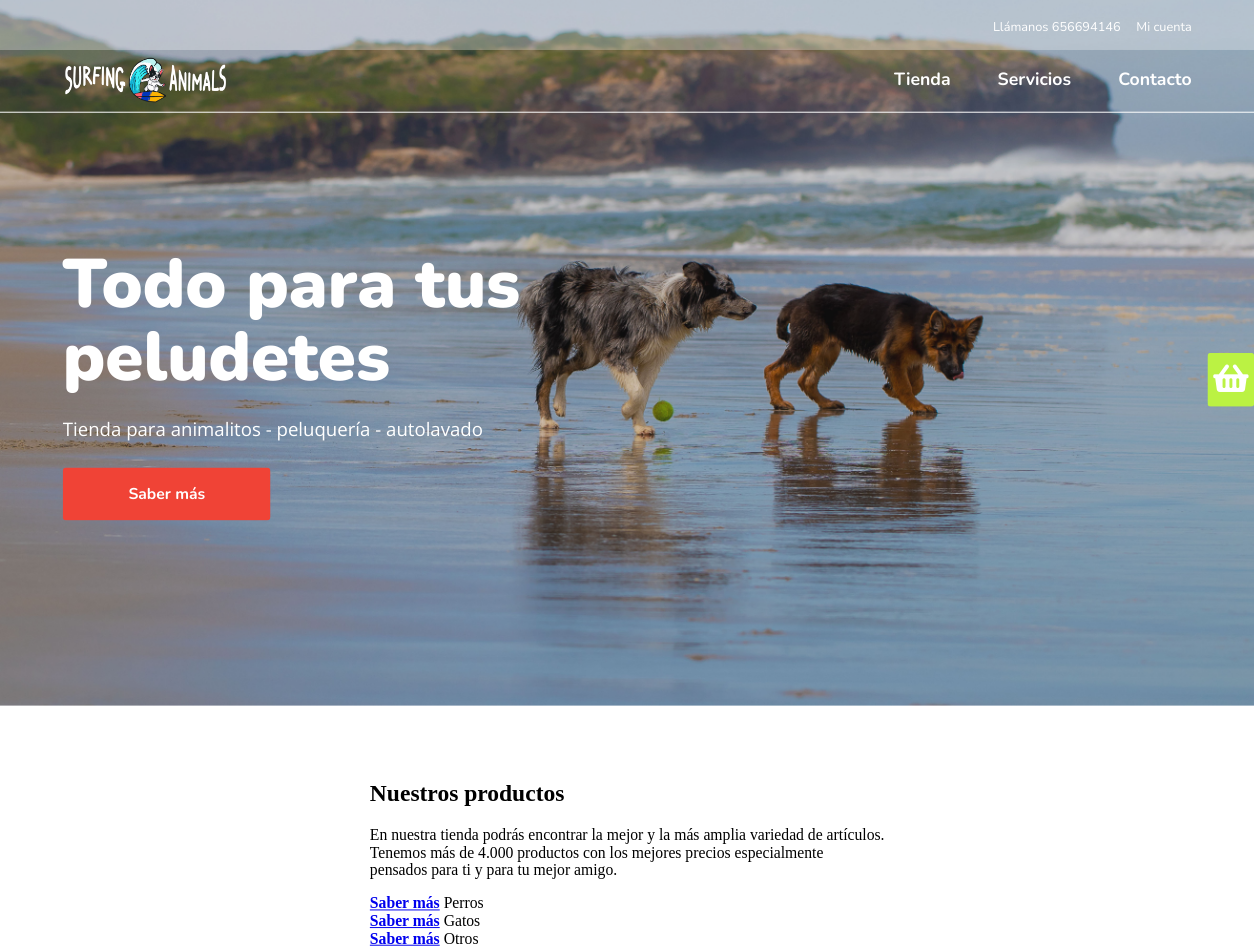
Repository: MarilynCuore/landingVet
Page: index.html
The author's editor kept a copy of each file at every save. The page is drawn from the files as they stood at one save, then again after the next save.
The browser window is 1280 px wide. The pictures show the part of the page from y = 0 to 967 px (the page is 2234 px tall before and 3064 px after), at 98% of full size.
Pictures or frames that could not be fetched are drawn as grey boxes. Some web libraries are served in a nearby version. The style sheet was rebuilt from its Sass, Less or Tailwind sources for each picture, by a compiler version that may differ from the author's.

Above is the page before, as saved 2020-06-25 14:01:53.

### index.html
<!DOCTYPE html>
<html lang="en">

<head>
    <meta charset="UTF-8">
    <meta name="viewport" content="width=device-width, initial-scale=1.0">
    <title>Document</title>
    <link rel="stylesheet" href="./main.css">
    <link rel="stylesheet" href="https://cdnjs.cloudflare.com/ajax/libs/font-awesome/5.13.0/css/all.min.css">
    <link rel="stylesheet" href="./swiper-master/package/css/swiper.min.css">
    <script src="./swiper-master/package/js/swiper.js"></script>
    <script src="./main.js"></script>
</head>

<body>
    <a href="http://surfinganimals.tienda.today/#pl" class="store"><i class="fas fa-shopping-basket"></i>
    </a>
    <!--Nav-->
    <nav>
        <div class="top-bar">
            <div class="container">
                <ul>
                    <li>
                        <a href="tel:+34656694146">Llámanos 656694146</a>
                    </li>
                    <li>
                        <a href="http://surfinganimals.tienda.today/#login">Mi cuenta</a>
                    </li>
                </ul>
            </div>
        </div>
        <div class="bottom-bar">
            <div class="container">
                <ul>
                    <li>
                        <a href="">
                            <img class="logo" src="./assets/white.png" width="170">
                        </a>
                    </li>
                </ul>
                <ul>
                    <li>
                        <a href="http://surfinganimals.tienda.today/#pl">Tienda</a>
                    </li>
                    <li>
                        <a href="#service">Servicios</a>
                    </li>
                    <li>
                        <a href="#contact">Contacto</a>
                    </li>
                </ul>
            </div>

        </div>

    </nav>
    <a href=""></a>
    <header>
        <div class="container">
            <h1>Todo para tus peludetes</h1>
            <p>Tienda para animalitos - peluquería - autolavado</p>
            <a href="#info">Saber más</a>
        </div>

    </header>
    <section>

    </section>
    <section id="service">
        <div class="container">
            <div class="title">
                <h2>Nuestros productos</h2>
                <p>En nuestra tienda podrás encontrar la mejor y la más amplia variedad de artículos. <br>Tenemos más de
                    4.000 productos con los mejores precios especialmente <br>pensados para ti y para tu mejor amigo.</p>
            </div>
            <div class="grid">
                <div class="grid__container">
                    <div class="title">
                        <strong><a href="http://surfinganimals.tienda.today/#pl!eyJjIjozMTAxMjU4MiwicyI6IiIsInEiOiIxMiIsIm8iOiJpbWFnZSIsInBtaW4iOjAuMDEsInBtYXgiOjcwMy40Nn0=">Saber más</a></strong>
                        <span>Perros</span>
                    </div>
                </div>
                <div class="grid__container">
                    <div class="title">
                        <strong><a href="http://surfinganimals.tienda.today/#pl!eyJjIjozMTAxMjU4MywicyI6IiIsInEiOiIxMiIsIm8iOiJpbWFnZSIsInBtaW4iOjAuMDEsInBtYXgiOjcwMy40Nn0=">Saber más</a></strong>
                        <span>Gatos</span>
                    </div>
                </div>
                <div class="grid__container">
                    <div class="title">
                        <strong><a href="http://surfinganimals.tienda.today/#pl!eyJjIjozMTAxMjU4NCwicyI6IiIsInEiOiIxMiIsIm8iOiJpbWFnZSIsInBtaW4iOjAuMDEsInBtYXgiOjcwMy40Nn0=">Saber más</a></strong>
                        <span>Otros</span>
                    </div>
                </div>
            </div>
        </div>
    </section>
    <div class="swiper-container" id="info">
        <div class="swiper-wrapper">
            <div class="swiper-slide">
                <h1>Apertura <span>1 de junio</span> 2020</h1>
            </div>
            <div class="swiper-slide">
                <h1>LIBRE DE <span>COVID 19</span> <br> Desinfectamos diariamente con ozono</h1>
            </div>
            <div class="swiper-slide">
                <h1>PROMOCIÓN <span>20%</span> DE DESCUENTO <br> En todos los servicios de peluquería <br>
                    <small>(válido del 1 al 30 de junio del 2020)</small>
                </h1>
            </div>
        </div>
        <!-- If we need pagination -->
        <div class="swiper-pagination"></div>
        <!-- If we need navigation buttons -->
        <div class="swiper-button-prev"></div>
        <div class="swiper-button-next"></div>

    </div>
    <section id="contact">
        <div class="one">
            <div class="content container">
                <h3>Encuéntranos o ponte en contacto</h3>
                <div>
                    <p>Avenida de Xixo, 2  03502 Benidorm (Alicante)</p>
                    <a href="mailto:surfinganimalss@gmail.com">surfinganimalss@gmail.com</a>
                </div>
            </div>

        </div>
        <div class="two">
            <iframe
                src="https://www.google.com/maps/embed?pb=!1m18!1m12!1m3!1d3120.8457343049804!2d-0.1457208846487158!3d38.53732407962783!2m3!1f0!2f0!3f0!3m2!1i1024!2i768!4f13.1!3m3!1m2!1s0xd6204ce21245b81%3A0x5f329e0837acba10!2sAv.%20de%20Xixo%2C%202%2C%2003502%20Benidorm%2C%20Alicante!5e0!3m2!1ses!2ses!4v1590587822683!5m2!1ses!2ses"
                width="100%" height="450" frameborder="0" style="border:0;" allowfullscreen="" aria-hidden="false"
                tabindex="0"></iframe>
        </div>
    </section>
    <footer>
        <div class="container">
            <div>
                <ul>
                    <li>
                        <a href="">
                            <img src="./assets/footer.png" alt="" width="100">
                        </a>

                    </li>
                </ul>
            </div>
            <div>
                <h5>Tienda</h5>
                <ul>
                    <li>
                        <a href="http://surfinganimals.tienda.today/#pl!eyJjIjozMTAxMjU4MiwicyI6IiIsInEiOiIxMiIsIm8iOiJpbWFnZSIsInBtaW4iOjAuMDEsInBtYXgiOjcwMy40Nn0=">Perros</a>
                    </li>
                    <li>
                        <a href="http://surfinganimals.tienda.today/#pl!eyJjIjozMTAxMjU4MywicyI6IiIsInEiOiIxMiIsIm8iOiJpbWFnZSIsInBtaW4iOjAuMDEsInBtYXgiOjcwMy40Nn0=
                        ">Gatos</a>
                    </li>
                    <li>
                        <a href="http://surfinganimals.tienda.today/#pl!eyJjIjozMTAxMjU4NCwicyI6IiIsInEiOiIxMiIsIm8iOiJpbWFnZSIsInBtaW4iOjAuMDEsInBtYXgiOjcwMy40Nn0=">Otros animales</a>
                    </li>
                </ul>
            </div>
            <div>
                <h5>Enlaces</h5>
                <ul>
                    <li>
                        <a href="#contact">Contacto</a>
                    </li>
                    <li>
                        <a href="#service">Servicios</a>
                    </li>
                </ul>
            </div>
            <div>
                <h5>Instagram</h5>
                <div class="grid">
                    <a href=""></a>
                    <a href=""></a>
                    <a href=""></a>
                    <a href=""></a>
                    <a href=""></a>
                    <a href=""></a>
                </div>
            </div>
        </div>
    </footer>
</body>

</html>

### main.scss
@import url("https://fonts.googleapis.com/css2?family=Nunito:ital,wght@0,200;0,300;0,400;0,600;0,700;0,800;0,900;1,200;1,300;1,400;1,600;1,700;1,800;1,900&display=swap");
@import url("https://fonts.googleapis.com/css2?family=Open+Sans:ital,wght@0,300;0,400;0,600;0,700;0,800;1,300;1,400;1,600;1,700;1,800&display=swap");
$color-primary: #f04336;
html {
  scroll-behavior: smooth;
}
:root {
  --swiper-theme-color: #bbf243 !important;
}
.container {
  max-width: 90%;
  margin: 0 auto;
}
.store {
  position: fixed;
  right: 0;
  top: 50%;
  color: white;
  background-color: #bbf243;
  border-color: #ffffff;
  padding: 5px;
  text-decoration: none;
  font-weight: bold;
  font-family: "Nunito", sans-serif;
  border: 1px solid transparent;
  overflow: hidden;
  border-radius: 4px;
  font-size: 2rem;
  z-index: 999999999999;
}
.active {
  z-index: 10000;
  .top-bar {
    display: none;
  }
  background-color: white !important;
  .bottom-bar {
    padding-top: 0 !important;
    border-bottom: none !important;
  }
  ul {
    li {
      a {
        color: #adadad !important;
      }
    }
  }
}

nav {
  &.active {
    padding: 0;
  }
  background: transparent;
  position: fixed;
  left: 0;
  width: 100%;
  z-index: 10;
  border-bottom: solid 0.5px white;
  padding-top: 1rem;
  padding-bottom: 0;
  transition: all 0.3s ease-in-out;
  .top-bar {
    background-color: rgba(white, 0.3);
    position: fixed;
    top: 0;
    width: 100%;
    height: 35px;
    font-size: 13px;
    line-height: 1;
    z-index: 110;
    padding-top: 1rem;
    .container {
      margin-top: 5px;
      ul {
        display: flex;
        align-items: center;
        justify-content: flex-end;
        margin: 0px !important;
        li {
          list-style: none;
          a {
            text-decoration: none;
            color: white;
            font-size: 13px;
            font-weight: normal;
            font-family: "Nunito", sans-serif;
            &:hover {
              color: $color-primary;
            }
          }
          &:nth-of-type(1) {
            padding-right: 1rem;
          }
        }
      }
    }
  }
  .bottom-bar {
    padding-top: 2rem;
    .container {
      display: flex;
      align-items: center;
      justify-content: space-between;
      ul {
        width: 100%;
        margin: 0;
        padding-left: 0px;
        &:nth-of-type(2) {
          display: flex;
          align-self: center;
          justify-content: flex-end;
          li {
            padding-right: 3rem;
            &:last-child {
              padding-right: 0px !important;
            }
          }
        }
        li {
          list-style: none;
          a {
            text-decoration: none;
            color: white;
            font-size: 18px;
            font-weight: bold;
            font-family: "Nunito", sans-serif;
            img {
              padding-top: 0.5rem;
            }
            &:hover {
              color: $color-primary;
            }
          }
        }
      }
    }
  }
}
header {
  background-image: url("./assets/bg-vet.jpg");
  background-size: cover;
  background-position: bottom;
  background-repeat: no-repeat;
  height: 100vh;
  width: 100vw;
  position: relative;
  .container {
    padding-top: 2em;
    height: 100%;
    display: flex;
    flex-direction: column;
    align-items: flex-start;
    justify-content: center;

    h1 {
      z-index: 9;
      visibility: visible;
      text-align: left;
      line-height: 75px;
      letter-spacing: 0px;
      font-weight: 900;
      font-size: 70px;
      border-color: rgb(143, 144, 147);
      border-style: none;
      margin: 0px;
      padding: 0px;
      color: white;
      white-space: normal;
      width: 645px;
      height: auto;
      font-family: "Nunito", sans-serif;
    }
    p {
      z-index: 10;
      font-family: "Open Sans";
      visibility: visible;
      text-align: left;
      line-height: 30px;
      letter-spacing: 0px;
      font-weight: 400;
      font-size: 19px;
      border-color: rgb(143, 144, 147);
      border-style: none;
      margin: 0px;
      padding: 0px;
      color: white;
      white-space: normal;
      width: 639px;
      height: auto;
      padding-top: 1.2rem;
      padding-bottom: 1.5rem;
      font-family: "Open Sans", sans-serif;
    }
    a {
      color: white;
      background-color: $color-primary;
      border-color: #ffffff;
      padding: 15px 66px;
      text-decoration: none;
      font-weight: bold;
      font-family: "Nunito", sans-serif;
      border: 1px solid transparent;
      overflow: hidden;
      border-radius: 4px;
    }
  }
}
.swiper-container {
  .swiper-slide {
    font-family: "Nunito", sans-serif;
    display: flex;
    justify-content: center;
    align-items: center;
    color: white;
    height: 400px;
    background-size: cover;
    background-position: center;
    background-color: rgba(#3e3e3e, 0.2);
    background-blend-mode: lighten;
    h1 {
      font-size: 40px;
      width: 80%;
      text-align: center;
      span {
        transform: translateY(-6px);
        display: inline-block;
        z-index: 1;
        background: $color-primary;
        padding: 5px 15px;
        color: white;
        font-size: 22px;
        clip-path: polygon(0 0, 100% 0, 90% 100%, 10% 100%);
        font-family: "Nunito", sans-serif;
        font-size: 1.3rem;
        font-weight: bold;
        transition: all 0.5s ease;
      }
      small {
        font-size: 16px;
      }
    }
    &:nth-child(1) {
      background-image: url("https://images.unsplash.com/photo-1554149944-5ca79e771636?ixlib=rb-1.2.1&ixid=eyJhcHBfaWQiOjEyMDd9&auto=format&fit=crop&w=1950&q=80");
    }
    &:nth-child(2) {
      background-image: url("https://images.unsplash.com/photo-1587131593450-168211a8c312?ixlib=rb-1.2.1&ixid=eyJhcHBfaWQiOjEyMDd9&auto=format&fit=crop&w=2000&q=80");
    }
    &:nth-child(3) {
      background-image: url("https://images.unsplash.com/photo-1516734212186-a967f81ad0d7?ixlib=rb-1.2.1&ixid=eyJhcHBfaWQiOjEyMDd9&auto=format&fit=crop&w=1951&q=80");
    }
  }
}
section {
  &:nth-of-type(1) {
    padding-bottom: 3.5rem;
    .container {
      .title {
        h2 {
          font-size: 50px;
          line-height: 1.1em;
          text-align: center;
          color: #424242;
          font-weight: bold;
          margin: 0;
          padding: 0;
          padding-top: 2rem;
          padding-bottom: 1.3rem;
          font-family: "Nunito", sans-serif;
          font-weight: 900;
        }
        p {
          color: #8f9093;
          font-size: 19px;
          line-height: 32px;
          text-align: center;
          margin: 0;
          padding: 0;
          font-family: "Open Sans", sans-serif;
        }
      }
      .grid {
        padding-top: 2rem;
        height: 500px;
        position: relative;
        max-width: 100%;
        margin: 0 auto;
        display: flex;
        &__container {
          background-size: cover;
          background-position: center;
          background-repeat: no-repeat;
          padding: 20px;
          display: grid;
          place-items: center;
          text-align: center;
          color: white;
          transition: 0.3s;
          border-radius: 6px;
          display: flex;
          align-items: flex-end;
          flex: 1 1 auto;
          transition: 0.5s;
          &:hover {
            flex: 2 1 auto;
          }
          .title {
            margin-bottom: 2em;
            display: flex;
            justify-content: center;
            width: 100%;
            position: relative;
            cursor: pointer;
            &:hover {
              strong {
                top: -35px;
                opacity: 1;
                color: black;
                border-radius: 0;
                transform: scale(1);
              }
            }
            strong {
              transition: all 0.5s ease;
              overflow: hidden;
              opacity: 1;
              display: block;
              position: absolute;
              top: 5px;
              z-index: 0;
              transform: scale(0);
              padding: 5px 10px;
              background: white;
              color: white;
              font-family: "Nunito", sans-serif;
              a {
                color: $color-primary;
                text-decoration: none;
                cursor: pointer;
              }
              &:hover {
                & + span {
                  background-color: $color-primary;
                  color: white;
                }
              }
            }
            span {
              z-index: 1;
              background: white;
              padding: 5px 15px;
              color: $color-primary;
              font-size: 18px;
              clip-path: polygon(0 0, 100% 0, 90% 100%, 10% 100%);
              font-family: "Nunito", sans-serif;
              font-size: 1.3rem;
              font-weight: bold;
              transition: all 0.5s ease;
              &:hover {
                background: $color-primary;
                color: white;
              }
            }
          }
          &:nth-child(1) {
            margin-right: 10px;
            background-image: url("https://images.unsplash.com/photo-1504826260979-242151ee45b7?ixlib=rb-1.2.1&ixid=eyJhcHBfaWQiOjEyMDd9&auto=format&fit=crop&w=934&q=80");
            background-position: bottom;
          }
          &:nth-child(2) {
            margin-right: 10px;
            background-image: url("https://images.unsplash.com/photo-1574231164645-d6f0e8553590?ixlib=rb-1.2.1&ixid=eyJhcHBfaWQiOjEyMDd9&auto=format&fit=crop&w=1035&q=80");
          }
          &:nth-child(3) {
            margin-right: 10px;
            background-image: url("https://images.unsplash.com/photo-1529040274442-815019b0e4fc?ixlib=rb-1.2.1&auto=format&fit=crop&w=933&q=80");
          }
        }
      }
    }
  }
  &:nth-of-type(2) {
    display: flex;
    width: 100%;
    justify-content: space-between;
    width: 100%;
    .one {
      width: 50%;
      background-color: #ededed;
      .content {
        display: flex;
        flex-direction: column;
        align-items: center;
        justify-content: center;
        height: 100%;
        h3 {
          color: #424242;
          font-family: "Nunito", sans-serif;
          font-weight: 900;
          text-align: center;
          word-wrap: break-word;
          font-size: 40px;
          margin: 0;
          padding: 0;
        }
        div {
          display: flex;
          flex-direction: column;
          justify-content: center;
          align-items: center;
          p {
            font-size: 15px;
            font-weight: 400;
            line-height: 25px;
            color: #8f9093;
            font-family: "Open Sans";
            text-align: center;
          }
          a {
            font-size: 15px;
            font-weight: bold;
            line-height: 25px;
            color: $color-primary;
            font-family: "Open Sans";
            text-decoration: none;
          }
        }
      }
    }
    .two {
      width: 50%;
      iframe {
        display: block;
      }
    }
  }
}
footer {
  .container {
    display: flex;
    justify-content: space-between;
    align-items: flex-start;
    padding-top: 3rem;
    padding-bottom: 2rem;
    div {
      width: 33%;
      h5 {
        color: #4a4a4a;
        font-weight: 900;
        font-family: "Nunito", sans-serif;
        font-size: 24px;
        margin: 0;
      }
      ul {
        padding: 0px;
        li {
          list-style: none;
          p {
            color: #8f9093;
            text-align: left;
            font-family: "Open Sans";
            font-size: 15px;
            font-weight: 400;
            line-height: 25px;
            margin: 34px 0px 0px;
          }
          a {
            color: #8f9093;
            text-decoration: none;
            font-size: 15px;
            font-weight: 400;
            line-height: 25px;
            font-family: "Open Sans";
            &:hover {
              color: $color-primary;
            }
          }
        }
      }
      .grid {
        display: flex;
        align-items: center;
        justify-content: flex-start;
        flex-wrap: wrap;
        width: 100%;
        padding-top: 1rem;
        a {
          width: calc(33% - 2px);
          height: 85px;
          margin: 1px;
          background-size: cover;
          background-position: center;
          background-repeat: no-repeat;
          &:hover {
            transition: all 0.1s ease;
            transform: scale(0.9) rotate(10deg);
          }
          &:nth-of-type(1) {
            background-image: url("https://images.unsplash.com/photo-1494256997604-768d1f608cac?ixlib=rb-1.2.1&ixid=eyJhcHBfaWQiOjEyMDd9&auto=format&fit=crop&w=2001&q=80");
          }
          &:nth-of-type(2) {
            background-image: url("https://images.unsplash.com/photo-1507146426996-ef05306b995a?ixlib=rb-1.2.1&ixid=eyJhcHBfaWQiOjEyMDd9&auto=format&fit=crop&w=1950&q=80");
          }
          &:nth-of-type(3) {
            background-image: url("https://images.unsplash.com/photo-1536612125961-dca53f20363d?ixlib=rb-1.2.1&auto=format&fit=crop&w=1950&q=80");
          }
          &:nth-of-type(4) {
            background-image: url("https://images.unsplash.com/photo-1586326709898-0a344840a314?ixlib=rb-1.2.1&auto=format&fit=crop&w=1950&q=80");
          }
          &:nth-of-type(5) {
            background-image: url("https://images.unsplash.com/photo-1518794183325-56eed2af11fa?ixlib=rb-1.2.1&ixid=eyJhcHBfaWQiOjEyMDd9&auto=format&fit=crop&w=1867&q=80");
          }
          &:nth-of-type(6) {
            background-image: url("https://images.unsplash.com/photo-1425082661705-1834bfd09dca?ixlib=rb-1.2.1&ixid=eyJhcHBfaWQiOjEyMDd9&auto=format&fit=crop&w=1955&q=80");
          }
        }
      }
    }
  }
}
body {
  margin: 0;
  padding: 0;
}
@media only screen and (max-width: 646px) {
  header {
    .container {
      align-items: center !important;
      h1 {
        text-align: center !important;
      }
      p {
        text-align: center !important;
      }
    }
  }
  section {
    &:nth-of-type(1) {
      .container {
        .grid {
          flex-direction: column;
          &__container {
            &:nth-of-type(1) {
              margin-bottom: 10px;
              padding-left: 0px !important;
            }
            &:nth-of-type(2) {
              margin-bottom: 10px;
              padding-left: 0px !important;
            }
          }
        }
      }
    }
    &:nth-of-type(2) {
      flex-direction: column;
      .one {
        width: 100% !important;
        padding-top: 1rem;
        padding-bottom: 1rem;
      }
      .two {
        width: 100% !important;
      }
    }
  }
  footer {
    .container {
      flex-direction: column;
      div {
        width: 100% !important;
        ul {
          display: flex;
          flex-direction: column;
          align-items: center;
          justify-content: center;
        }
        h5 {
          text-align: center;
        }
      }
    }
  }
}

Loaded but not shown: swiper-master/package/css/swiper.min.css (library); swiper-master/package/js/swiper.js (library); main.js (32 lines, source omitted)

After the next save:
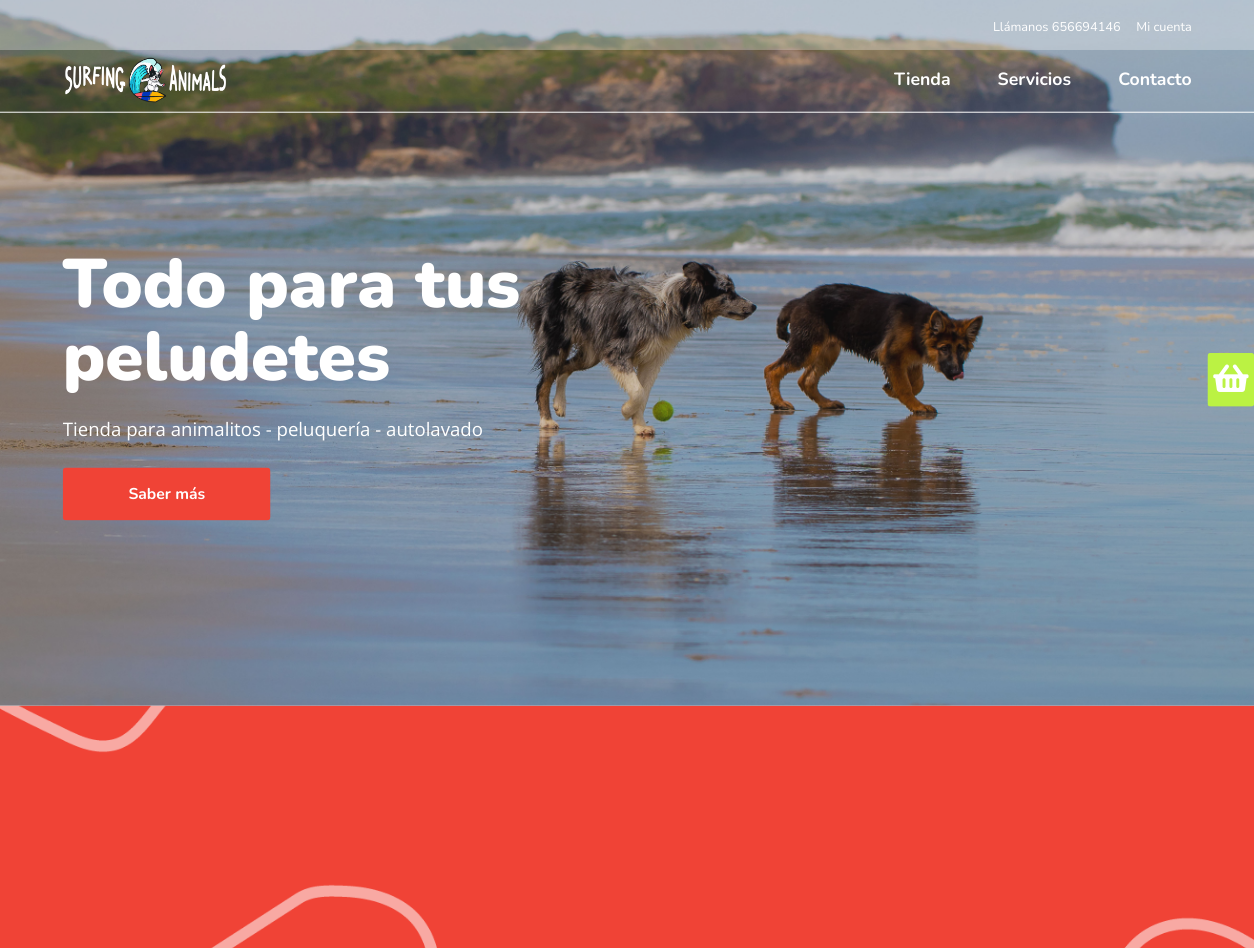
Saved 3 min 50 s later.
--- a/main.scss
+++ b/main.scss
@@ -252,7 +252,15 @@ header {
   }
 }
 section {
-  &:nth-of-type(1) {
+  &:nth-of-type(1){
+    width: 100%;
+    height: 400px;
+    background-image: url('./assets/background-red.png');
+    background-size: cover;
+    background-position: center;
+    background-repeat: no-repeat;
+  }
+  &:nth-of-type(2) {
     padding-bottom: 3.5rem;
     .container {
       .title {
@@ -379,7 +387,7 @@ section {
       }
     }
   }
-  &:nth-of-type(2) {
+  &:nth-of-type(3) {
     display: flex;
     width: 100%;
     justify-content: space-between;
